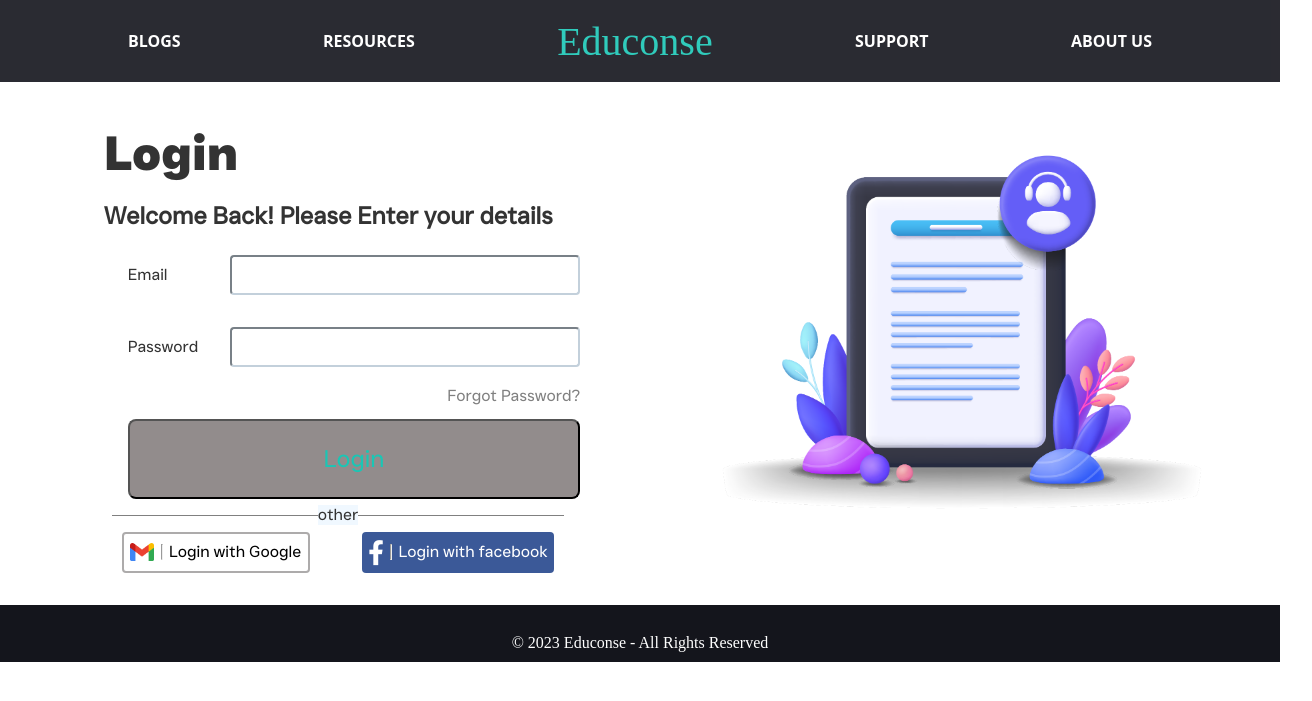
Repository: devajay07/educonse
Page: pages/login.html
These files come from the project's save history. The page is drawn as it stood at one moment and after the next save; the edit follows.
The browser window is 1280 px wide. The page is 1312 px wide, so the pictures cover 1312 px, including what lies to the right of the window. The pictures show the whole page.
The pointer rests on the first visible `#submit`.

Above is the page before, as saved 2023-10-15 03:29:52.

After the next save:
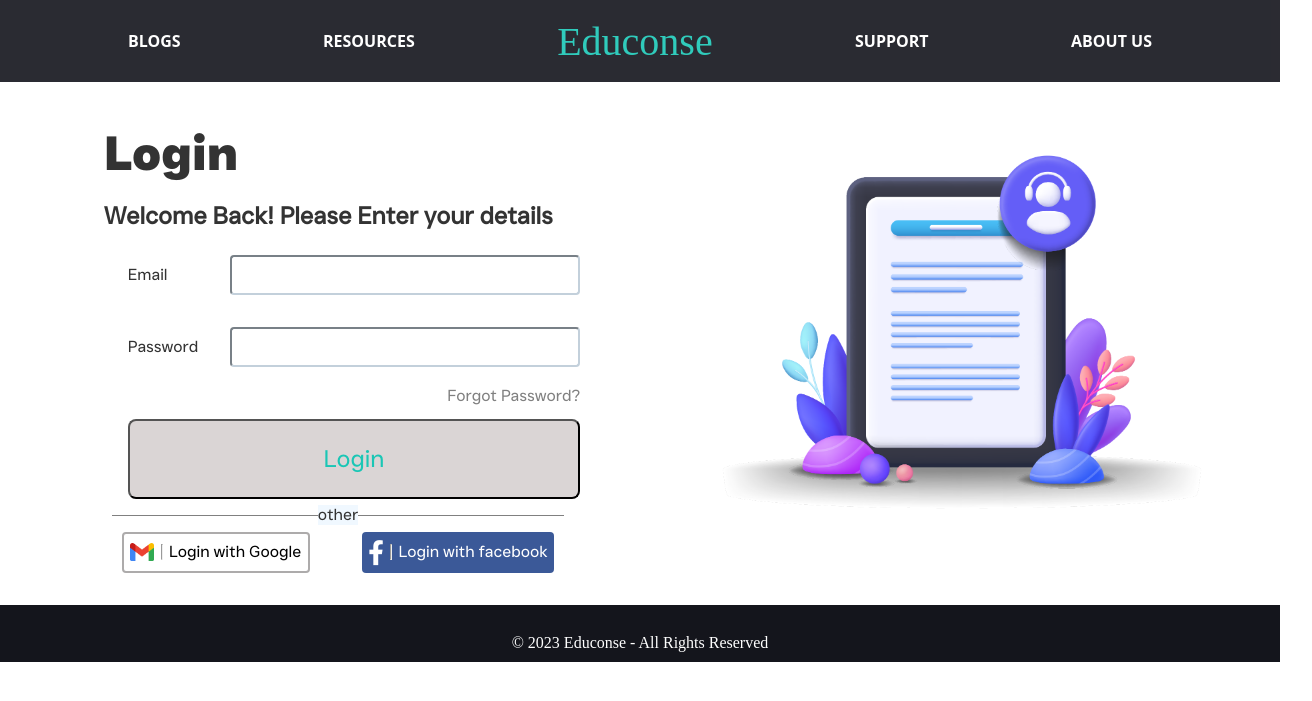
Saved 8 s later.
--- a/css/login.css
+++ b/css/login.css
@@ -66,7 +66,7 @@ input[type=password] {
 
 }
 #submit:hover{
-  background-color:rgb(146, 140, 140);
+  background-color:rgb(218, 213, 213);
   color:var(--brand-color);
 }
 
